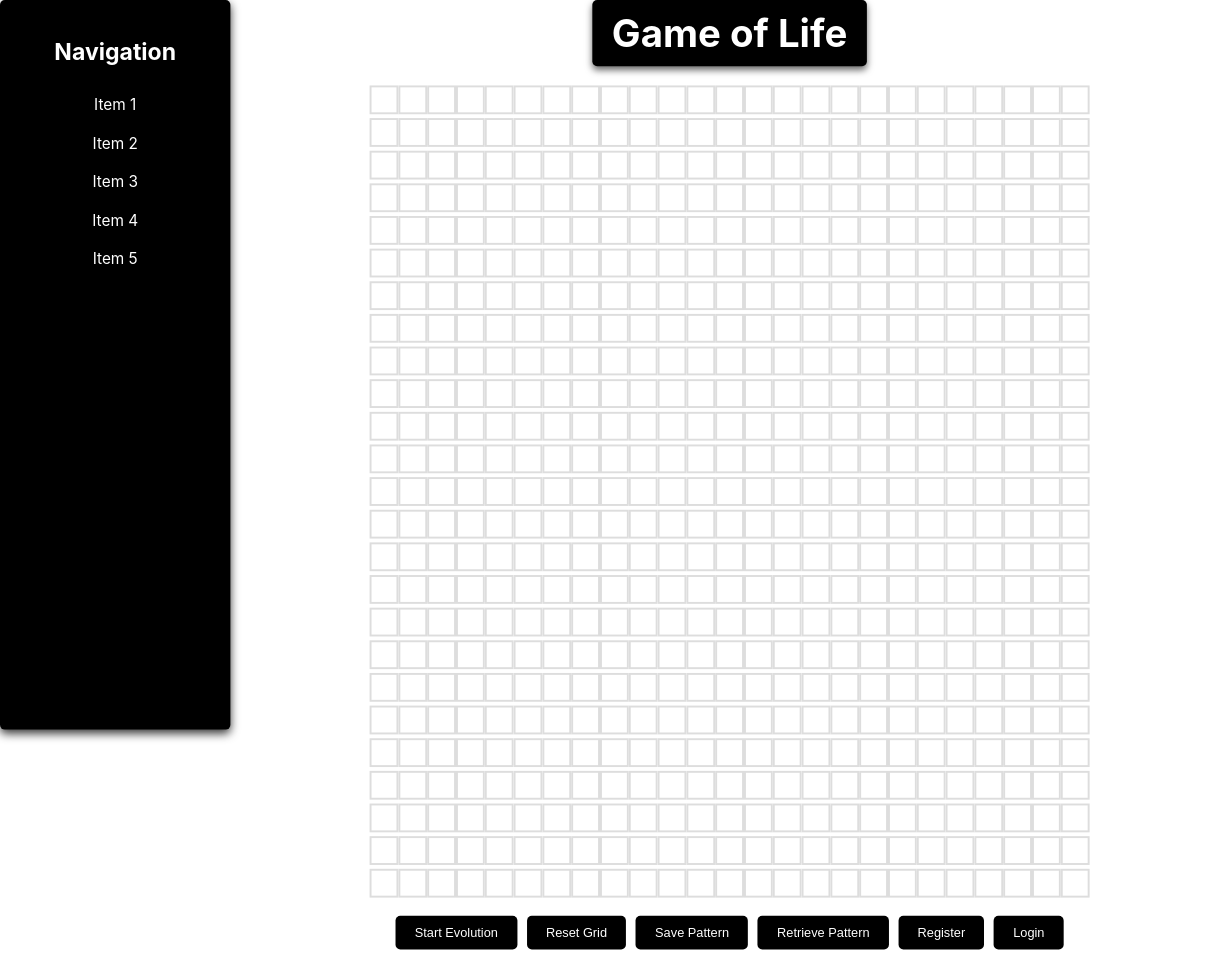
Repository: MarioDiekmann/GameOfLife
Page: /
An editor plug-in stored every save of this project. The page is shown before and after the next save, followed by the edit.
The browser window is 1280 px wide. The pictures show the whole page, at 96% of full size.
The project was rebuilt for these pictures with package versions that can differ from the ones it lists, and the page was loaded fresh each time. Also part of the build but not shown: src/components/InputForm.js, src/components/LoadPatternForm.js, src/components/RegistrationForm.js, src/components/LoginForm.js.

Above is the page before, as saved 2024-11-02 03:05:20.

### src/App.js
import React from 'react';
import { BrowserRouter as Router, Route, Routes } from 'react-router-dom';
import Game from './components/Game';
import './App.css';
import {AuthProvider} from './AuthContext';

function App() {
  return (
    <AuthProvider>
    <Router>
      <div className="App">
        <Routes>
          <Route path="/" element={<Game/>} />
        </Routes>
      </div>
    </Router>
    </AuthProvider>
  );
}

export default App;

### src/components/Game.js
import React, { useState, useEffect, useCallback, useRef, useContext } from "react";
import Cell from "./Cell";
import axios from "axios";
import InputForm from "./InputForm";
import './Game.css';
import NavBar from "./NavBar";
import LoadPatternForm from "./LoadPatternForm";
import RegistrationForm from "./RegistrationForm";
import LoginForm from "./LoginForm";
import { AuthContext } from '../AuthContext';

const Game = () => {
    const startingsize = 25;
    const [size, setSize] = useState(startingsize);
    const [epochs, setEpochs] = useState(0);
    const [isEvolving, setIsEvolving] = useState(false);
    const [initialPattern, setInitialPattern] = useState([]);

    const [isFormVisible, setIsFormVisible] = useState(false); // State to control form visibility
    const [patternRequested, setPatternRequested] = useState(false);
    const [registrationRequested, setRegistrationRequested] = useState(false);
    const [loginRequested, setLoginRequested] = useState(false);
    const initGrid = () => Array.from({ length: size }, () => Array(size).fill(false));
    const [grid, setGrid] = useState(initGrid());
    const [tokenPresent, setTokenPresent] = useState(false);

    const previousGridRef = useRef(grid); // Reference to hold the previous grid

    const { isTokenExpired, handleLogout, token } = useContext(AuthContext);

    useEffect(() => {
        if(localStorage.getItem('authToken')){
            setTokenPresent(true);
        }
        if (isTokenExpired) {
            alert("Your session has expired. Please log in again.");
            handleLogout();
        }
    }, [isTokenExpired, handleLogout]);

    const toggleCellState = (row, col) => {
        setGrid(prevGrid => {
            const newGrid = prevGrid.map((r, i) =>
                r.map((cell, j) => (i === row && j === col ? !cell : cell))
            );
            return newGrid;
        });
    };

    const resetGrid = () => {
        setIsEvolving(false);
        setEpochs(0);
        setSize(prevSize => {
            const newGrid = Array.from({ length: startingsize }, () => Array(startingsize).fill(false));
            setGrid(newGrid);
            setInitialPattern(newGrid);
            return startingsize;
        });
    };

    const renderGrid = () => {
        return grid.map((row, rowIndex) => (
            <div key={rowIndex} className="row">
                {row.map((cell, colIndex) => (
                    <Cell
                        key={`${rowIndex}-${colIndex}`}
                        isAlive={cell}
                        onClick={() => toggleCellState(rowIndex, colIndex)}
                    />
                ))}
            </div>
        ));
    };

    const countNeighboursAlive = useCallback((row, col) => {
        let count = 0;
        for (let i = row - 1; i <= row + 1; i++) {
            for (let j = col - 1; j <= col + 1; j++) {
                if ((i >= 0 && i < size) && (j >= 0 && j < size) && !(i === row && j === col)) {
                    count += grid[i][j] ? 1 : 0;
                }
            }
        }
        return count;
    }, [grid, size]);

    const updateGrid = useCallback(() => {
        let newGrid = grid.map((row, rowIndex) =>
            row.map((cell, colIndex) => {
                const gridCount = countNeighboursAlive(rowIndex, colIndex);
                return cell ? gridCount === 2 || gridCount === 3 : gridCount === 3;
            })
        );
        setGrid(newGrid);
        return newGrid;
    }, [countNeighboursAlive, grid]);

    const saveInitialPattern = () => {
        const deepCopy = grid.map(row => row.slice());
        setInitialPattern(deepCopy); // Save current grid as the initial pattern
    };

    const checkEdges = useCallback(() => {
        const indicesAlive = [];
        // Check upper, right, lower, and left edges
        for (let col = 0; col < size - 2; col++) {
            if (grid[0][col] && grid[0][col + 1] && grid[0][col + 2]) {
                indicesAlive.push([0, col + 1]);
                indicesAlive.push([-1, col + 1]);
            }
        }
        for (let row = 0; row < size - 2; row++) {
            if (grid[row][size - 1] && grid[row + 1][size - 1] && grid[row + 2][size - 1]) {
                indicesAlive.push([row + 1, size - 1]);
                indicesAlive.push([row + 1, size]);
            }
        }
        for (let col = size - 1; col > 1; col--) {
            if (grid[size - 1][col] && grid[size - 1][col - 1] && grid[size - 1][col - 2]) {
                indicesAlive.push([size - 1, col - 1]);
                indicesAlive.push([size, col - 1]);
            }
        }
        for (let row = size - 1; row > 1; row--) {
            if (grid[row][0] && grid[row - 1][0] && grid[row - 2][0]) {
                indicesAlive.push([row - 1, 0]);
                indicesAlive.push([row - 1, -1]);
            }
        }
        return indicesAlive;
    }, [grid, size]);

    const expandGrid = useCallback((indicesAlive) => {
        setGrid(prevGrid => {
            const newSize = 2 * size; // Double the size
            const newGrid = Array.from({ length: newSize }, () => Array(newSize).fill(false));

            // Calculate the offset to center the old grid in the new one
            const rowOffset = Math.floor((newSize - size) / 2);
            const colOffset = Math.floor((newSize - size) / 2);

            // Copy the existing grid to the center of the new grid
            for (let row = 0; row < size; row++) {
                for (let col = 0; col < size; col++) {
                    if (prevGrid[row][col]) {
                        newGrid[row + rowOffset][col + colOffset] = true; // Copy with offsets
                    }
                }
            }

            // Handle indicesAlive and place the alive cells correctly
            for (const [row, col] of indicesAlive) {
                let newRow = row;
                let newCol = col;

                // Adjust row and col if they are outside the original grid
                if (row === -1) newRow = rowOffset - 1;
                if (col === -1) newCol = colOffset - 1;

                newRow += rowOffset;
                newCol += colOffset;

                // Make sure the calculated newRow and newCol are within bounds
                if (newRow >= 0 && newRow < newSize && newCol >= 0 && newCol < newSize) {
                    newGrid[newRow][newCol] = true;  // Mark the cell as alive in the new grid
                }
            }

            setSize(newSize);  // Update size to the new expanded size
            return newGrid;
        });
    }, [size]);

    const runEpoch = useCallback(() => {
        const prevGrid = previousGridRef.current;
        const newGrid = updateGrid();

        const gridsAreEqual = prevGrid.every((row, i) =>
            row.every((cell, j) => cell === newGrid[i][j])
        );

        if (gridsAreEqual) {
            setIsEvolving(false);
            alert("You reached a stillstand");
            return true;
        }

        const indicesAlive = checkEdges(); // Check if we need to expand the grid
        if (indicesAlive.length !== 0) {
            expandGrid(indicesAlive);
        }

        setEpochs(prevEpochs => prevEpochs + 1);
        previousGridRef.current = newGrid;
        return false;
    }, [checkEdges, expandGrid, updateGrid]);

    useEffect(() => {
        if (!isEvolving) return;

        const maxEpochs = 1000;
        let updatedEpochs = 0;

        const interval = setInterval(() => {
            if (updatedEpochs < maxEpochs) {
                const stillstand = runEpoch();
                if (stillstand) {
                    clearInterval(interval);
                }
                updatedEpochs++;
            } else {
                setIsEvolving(false);
                clearInterval(interval);
            }
        }, 2000);

        return () => clearInterval(interval);
    }, [isEvolving, runEpoch]);

    const startEvolution = () => {
        previousGridRef.current = grid;
        setIsEvolving(!isEvolving);
        saveInitialPattern(); // Save the pattern before starting evolution
    };

    const stopEvolution = () => {
        previousGridRef.current = grid;
        setIsEvolving(!isEvolving);
    };

    const closeForm = () => {
        setIsFormVisible(false); // Close the save pattern form
        setPatternRequested(false); // Close the retrieve pattern form
        setRegistrationRequested(false); // Close the registration form
        setLoginRequested(false); // Close the login form
    };

    const closeLogin = () => {
        setLoginRequested(false); // Close the login form
        window.location.reload();
    };

    const makeFormVisible = () => {
        setIsFormVisible(true); // Show the form to save pattern
    };

    const makeRequestVisible = () => {
        setPatternRequested(true); // Show the form to retrieve pattern
    };

    const makeRegistrationVisible = () => {
        setRegistrationRequested(true); // Show the form to register
    };

    const makeLoginVisible = () => {
        if(token){
            handleLogout();
        }
        else{
        setLoginRequested(true)}; // Show the form to log in

    };

    return (
        <div style={{ display: 'flex', height: '100vh' }}>
            <NavBar />
            <div style={{ flexGrow: 1, display: 'flex', flexDirection: 'column', alignItems: 'center' }}>
                <div className="banner">
                    <h1>Game of Life</h1>
                </div>
                <br />
                {renderGrid()}
                <div className="button-container">
    <button className="button" onClick={isEvolving ? stopEvolution : startEvolution}>
        {isEvolving ? "Stop Evolution" : "Start Evolution"}
    </button>
    <button className="button reset-btn" onClick={resetGrid}>Reset Grid</button>
    {/*<div>EPOCHS: {epochs}</div>*/}
    <button className="button" onClick={makeFormVisible} disabled={!tokenPresent}>Save Pattern</button>
    <button className="button" onClick={makeRequestVisible} disabled={!tokenPresent}>Retrieve Pattern</button>
    <button className="button" onClick={makeRegistrationVisible}>Register</button>
    <button className="button" onClick={makeLoginVisible}>{token ? "Logout" : "Login"}</button>
</div>


                {/* Show the form conditionally */}
                {isFormVisible && (
                    <div className="popup-overlay">
                        <div className="popup-content">
                            <InputForm pattern={initialPattern} onSubmit={closeForm} />
                        </div>
                    </div>
                )}
                {patternRequested && (
                    <div className="popup-overlay">
                        <div className="popup-content">
                            <LoadPatternForm onSubmit={closeForm} />
                        </div>
                    </div>
                )}
                {registrationRequested && (
                    <div className="popup-overlay">
                        <div className="popup-content">
                            <RegistrationForm onSubmit={closeForm} />
                        </div>
                    </div>
                )}
                {loginRequested && (
                    <div className="popup-overlay">
                        <div className="popup-content">
                            <LoginForm onSubmit={closeLogin} />
                        </div>
                    </div>
                )}
            </div>
        </div>
    );
};

export default Game;

### src/AuthContext.js
import React, { createContext, useState, useEffect, useRef, useCallback } from 'react';

export const AuthContext = createContext();

export const AuthProvider = ({ children }) => {
    const [token, setToken] = useState(localStorage.getItem('authToken'));
    const tokenRef = useRef(token);
    const expirationCheckInterval = useRef(null);

    const isTokenExpired = (token) => {
        if (!token) return true;
        try {
            const { exp } = JSON.parse(atob(token.split('.')[1]));
            return Date.now() >= exp * 1000;
        } catch (error) {
            console.error('Error checking token expiration:', error);
            return true;
        }
    };

    const handleLogout = useCallback(() => {
        console.log('Logging out, clearing token');
        localStorage.removeItem('authToken');
        setToken(null);
        tokenRef.current = null;
        clearInterval(expirationCheckInterval.current);
    }, []);

    const handleExpirationAlert = useCallback(() => {
        console.log('Session expired, alerting user');
        alert('Your session has expired. Please log in again.');
        handleLogout();
    }, [handleLogout]);

    const handleLogin = (newToken) => {
        console.log('Logging in with new token:', newToken);
        localStorage.setItem('authToken', newToken);
        setToken(newToken);
        tokenRef.current = newToken;

        // Check for expiration immediately
        if (isTokenExpired(newToken)) {
            handleExpirationAlert();
        } else {
            startExpirationCheck();
        }
    };

    const startExpirationCheck = useCallback(() => {
        console.log('Starting expiration check interval');
        clearInterval(expirationCheckInterval.current);
        expirationCheckInterval.current = setInterval(() => {
            console.log('Interval tick, checking token expiration');
            if (isTokenExpired(tokenRef.current)) {
                handleExpirationAlert();
            }
        }, 1000);
    }, [handleExpirationAlert]);

    useEffect(() => {
        console.log('useEffect triggered: token is', token);
        tokenRef.current = token;

        if (token) {
            console.log('Token is set, starting expiration check');
            startExpirationCheck();
        } else {
            console.log('No token, clearing interval');
            clearInterval(expirationCheckInterval.current);
        }

        return () => {
            console.log('Clearing interval on unmount or dependency change');
            clearInterval(expirationCheckInterval.current);
        };
    }, [token, startExpirationCheck]);

    return (
        <AuthContext.Provider value={{ token, handleLogin, handleLogout }}>
            {children}
        </AuthContext.Provider>
    );
};

### src/components/Cell.js
import React from 'react';
import './Cell.css'

const Cell = ({ isAlive, onClick }) => {
  return (
    <div
      className={`cell ${isAlive ? 'alive' : 'dead'}`}
      onClick={onClick}
    ></div>
  );
};

export default Cell;

### src/components/Game.css
.popup-overlay {
    position: fixed;
    top: 0;
    left: 0;
    width: 100%;
    height: 100%;
    background: rgba(0, 0, 0, 0.5); /* Semi-transparent background */
    display: flex;
    justify-content: center;
    align-items: center;
    z-index: 1000; /* Ensure it's above other content */
}

.popup-content {
    background: white;
    padding: 20px;
    border-radius: 8px;
    box-shadow: 0 4px 8px rgba(0, 0, 0, 0.1);
    width: 300px;
    z-index: 1001; /* Above the backdrop */
}

body.modal-open {
    overflow: hidden; /* Prevent scrolling when modal is open */
}

.banner {
    background-color: black;
    padding: 10px 20px; /* Adjusted padding for a tighter fit */
    display: inline-block; /* Makes the banner fit the text */
    text-align: center;
    box-shadow: 0 4px 8px rgba(0, 0, 0, 0.6);
    border-radius: 5px; /* Optional: Adds rounded corners */
}

.banner h1 {
    color: white;
    font-size: 2.5em; /* Slightly reduced font size for better fit */
    text-shadow: 2px 2px 5px rgba(0, 0, 0, 0.8);
    margin: 0; /* Removes default margin */
}

.button-container {
    display: flex; /* Align items in a row */
    justify-content: center; /* Center the buttons horizontally */
    margin-top: 10px; /* Space between the grid and buttons */
}

.button {
    background-color: black; /* Same as the banner background */
    color: white; /* White text for contrast */
    padding: 10px 20px; /* Padding for a better touch target */
    border: none; /* Remove default border */
    border-radius: 5px; /* Rounded corners */
    cursor: pointer; /* Pointer cursor on hover */
    margin: 5px; /* Space between buttons */
    text-shadow: 2px 2px 5px rgba(0, 0, 0, 0.8); /* Similar text shadow as the banner */
}

.button:hover {
    background-color: #333; /* Slightly lighter on hover */
}

### src/components/NavBar.js
import React from 'react';
import './NavBar.css'; // Create this CSS file for styling

const NavBar = () => {
    const navItems = ["Item 1", "Item 2", "Item 3", "Item 4", "Item 5"]; // Replace with your desired items

    return (
        <div className="navbar">
            <h2>Navigation</h2>
            <ul>
                {navItems.map((item, index) => (
                    <li key={index}>{item}</li>
                ))}
            </ul>
        </div>
    );
};

export default NavBar;

### src/components/Cell.css
.cell {
    width: 30px; /* Width of each cell */
    height: 30px; /* Height of each cell */
    display: inline-block; /* Align cells next to each other */
    border: 2px solid #ddd; /* Light border around each cell */
    box-sizing: border-box; /* Include padding and border in the element's total width and height */
    transition: background-color 0.3s; /* Smooth transition for background color */
  }

  .cell.alive {
    background-color: black; /* Green for living cells */
  }

  .cell.dead {
    background-color: white; /* Red for dead cells */
  }

### src/components/NavBar.css
.navbar {
    background-color: black;            /* Black background */
    color: white;                       /* White text color */
    padding: 20px;                      /* Padding around the content */
    width: 200px;                       /* Set width for the navbar */
    box-shadow: 0 4px 10px rgba(0, 0, 0, 0.8); /* Add shadow */
    border-radius: 5px;                /* Rounded corners */
    height: 100%;                       /* Full height */
}

.navbar h2 {
    text-align: center;                 /* Center header text */
    margin-bottom: 20px;                /* Space below the header */
}

/* Other styles remain unchanged */


.navbar ul {
    list-style-type: none;              /* Remove default list styles */
    padding: 0;                         /* Remove padding */
}

.navbar li {
    padding: 10px;                      /* Padding for each item */
    cursor: pointer;                    /* Pointer cursor on hover */
    text-align: center;                 /* Center text */
    transition: background-color 0.3s;  /* Smooth background change */
}

.navbar li:hover {
    background-color: #444;             /* Change background on hover */
}

Loaded but not shown: public/index.html (common file); src/index.js (common file); src/index.css (common file); src/reportWebVitals.js (common file); src/App.css (common file)

After the next save:
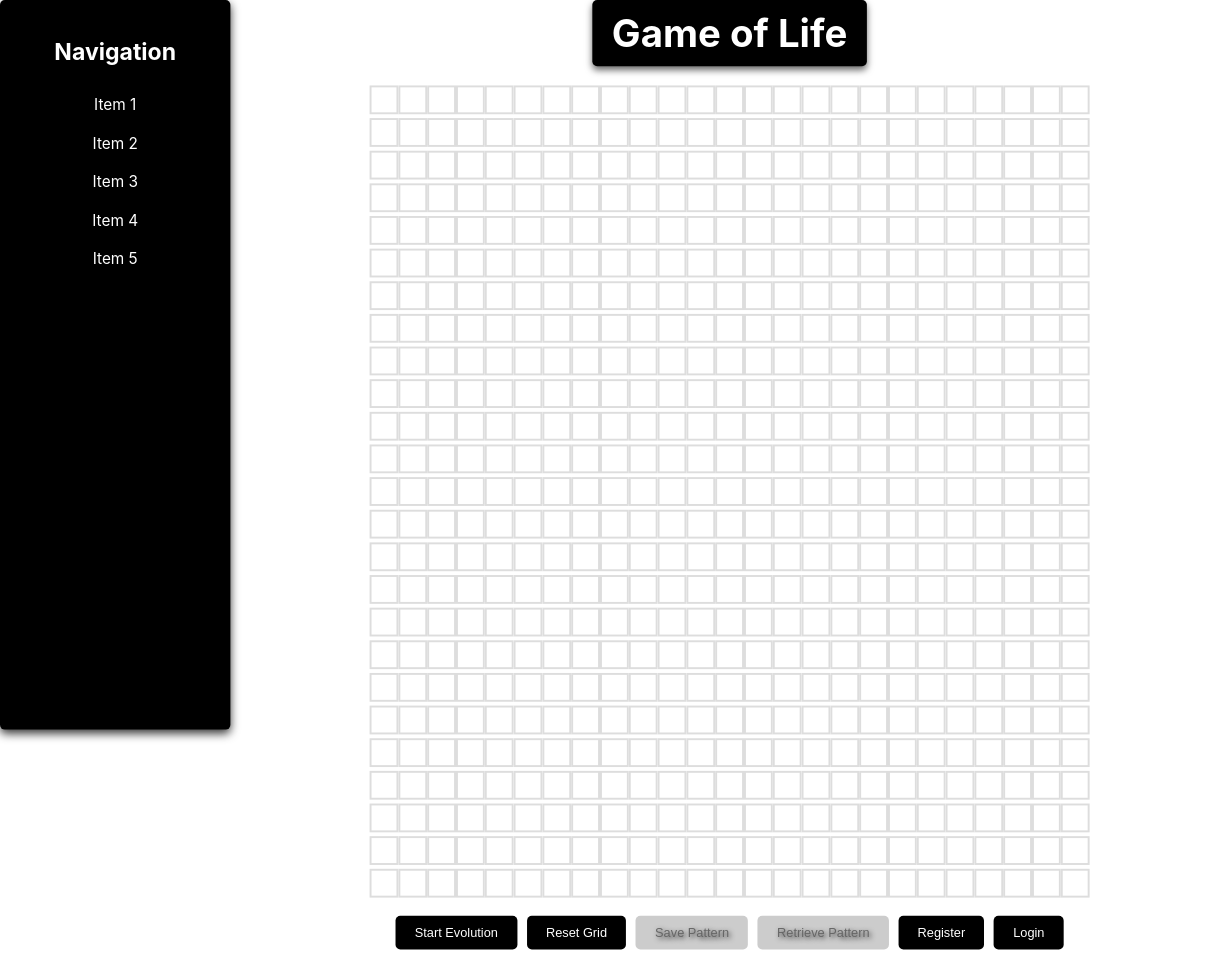
Saved 103 s later.
--- a/src/components/Game.css
+++ b/src/components/Game.css
@@ -60,3 +60,10 @@ body.modal-open {
 .button:hover {
     background-color: #333; /* Slightly lighter on hover */
 }
+
+.button:disabled {
+    background-color: #ccc; /* Grey background for disabled state */
+    color: #666; /* Lighter text color */
+    cursor: not-allowed; /* Change cursor to indicate it's disabled */
+    pointer-events: none; /* Prevent click events */
+}
